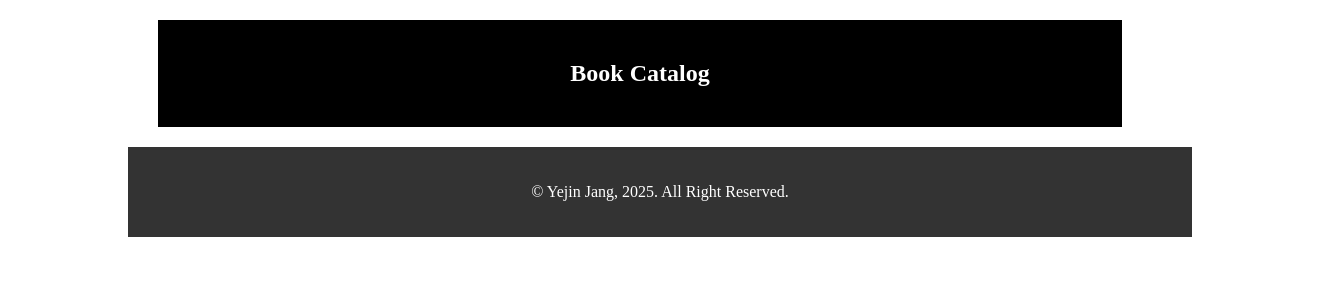
Repository: Yejin-Digital/Lab3-Assignment-BookCatalog
Page: /
The author's editor kept a copy of each file at every save. The page is drawn from the files as they stood at one save, then again after the next save.
The browser window is 1280 px wide. The page is 1280 px wide, then 1320 px, so the pictures cover 1320 px, including what lies to the right of the window. The pictures show the whole page.
The project was rebuilt for these pictures with package versions that can differ from the ones it lists, and the page was loaded fresh each time. Also part of the build but not shown: vite.config.js.

Above is the page before, as saved 2025-09-19 01:27:20.

After the next save:
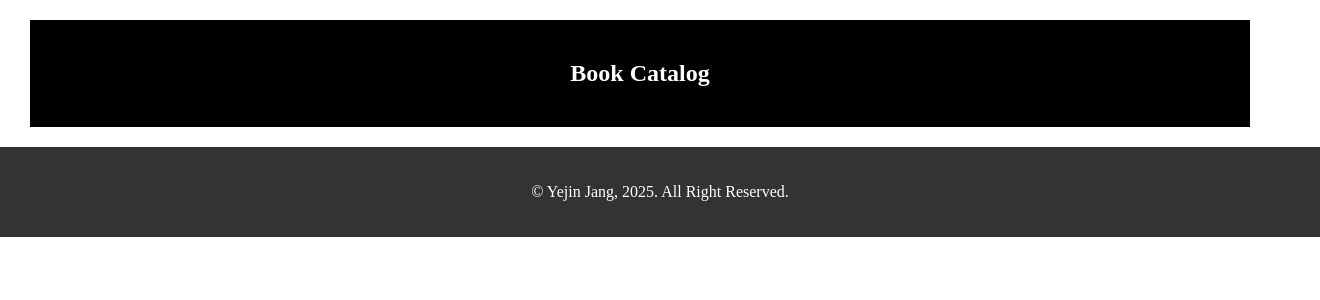
Saved 67 s later.
--- a/src/index.css
+++ b/src/index.css
@@ -13,7 +13,7 @@ body {
 .app {
   display: flex;
   flex-direction: column;
-  width: 80%;
+  width: 100%;
   margin: 0 auto;
   min-height: 100%;
   justify-content: space-between;
